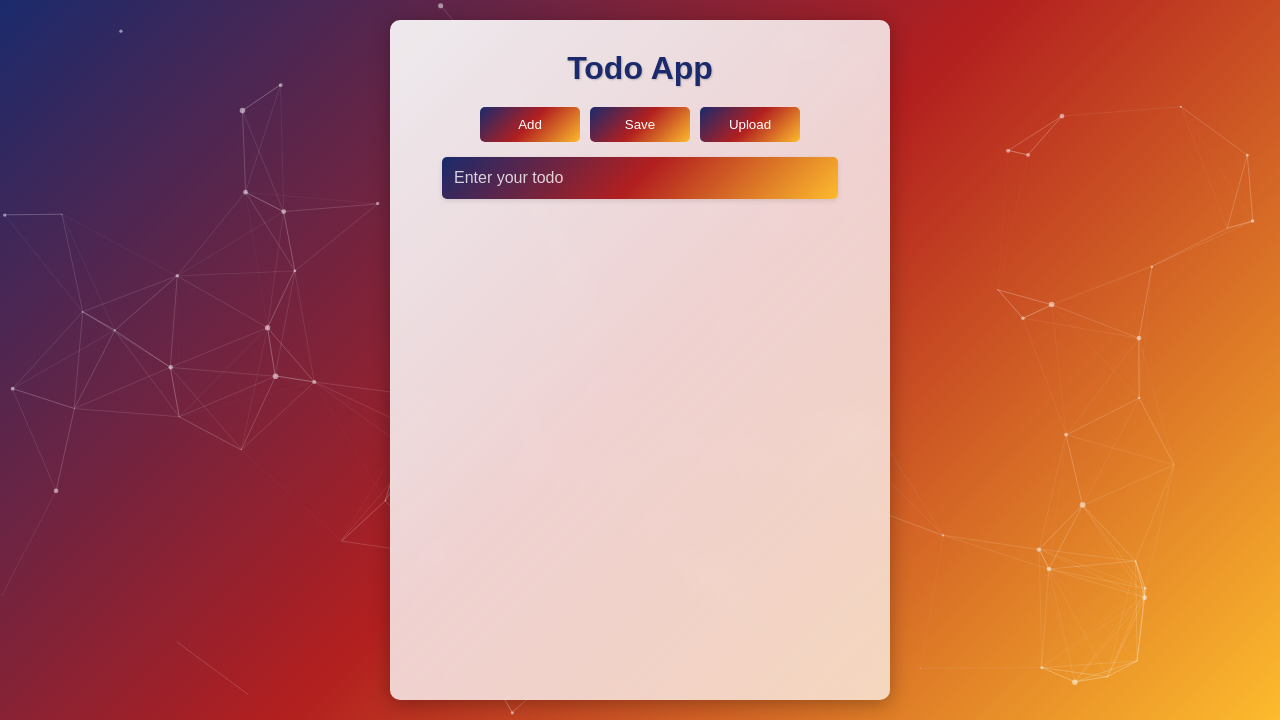
Repository: Teycir/todo-app
Page: index.html
These files come from the project's save history. The page is drawn as it stood at one moment and after the next save; the edit follows.
The browser window is 1280 px wide. The pictures show the whole page.

Above is the page before, as saved 2024-11-07 19:05:12.

### index.html
<!DOCTYPE html>
<html lang="en">
<head>
    <meta charset="UTF-8">
    <meta name="viewport" content="width=device-width, initial-scale=1.0">
    <title>Todo App</title>
    <link rel="stylesheet" href="style.css">
</head>
<body>
    <div id="particles-js"></div>
    <div class="container">
        <h1>Todo App</h1>
        <div class="input-section">
            <div class="button-group">
                <button id="addTodo">Add</button>
                <button id="saveTodo">Save</button>
                <button id="uploadTodo">Upload</button>
                <input type="file" id="fileInput" accept=".txt" style="display: none;">
            </div>
            <input type="text" id="todoInput" placeholder="Enter your todo">
        </div>
        <ul id="todoList"></ul>
    </div>
    <script src="https://cdn.jsdelivr.net/particles.js/2.0.0/particles.min.js"></script>
    <script src="script.js"></script>
</body>
</html>

### style.css
* {
    margin: 0;
    padding: 0;
    box-sizing: border-box;
    font-family: Arial, sans-serif;
}

body {
    background: linear-gradient(135deg, #1a2a6c, #b21f1f, #fdbb2d);
    min-height: 100vh;
    display: flex;
    justify-content: center;
    padding: 20px;
    position: relative;
}

#particles-js {
    position: fixed;
    top: 0;
    left: 0;
    width: 100%;
    height: 100%;
    z-index: 1;
    pointer-events: none;
}

.container {
    background: linear-gradient(135deg,
        rgba(255, 255, 255, 0.9),
        rgba(255, 255, 255, 0.8) 50%,
        rgba(255, 255, 255, 0.7)
    );
    padding: 30px;
    border-radius: 10px;
    box-shadow: 0 4px 20px rgba(0, 0, 0, 0.3);
    backdrop-filter: blur(10px);
    width: 100%;
    max-width: 500px;
    position: relative;
    z-index: 2;
}

h1 {
    color: #1a2a6c;
    text-align: center;
    margin-bottom: 20px;
    text-shadow: 1px 1px 2px rgba(0, 0, 0, 0.2);
}

.input-section {
    display: flex;
    flex-direction: column;
    gap: 15px;
    margin-bottom: 20px;
    align-items: center;
}

.button-group {
    display: flex;
    justify-content: center;
    gap: 10px;
    flex-wrap: wrap;
}

#todoInput {
    width: 90%;
    padding: 12px;
    border: none;
    border-radius: 5px;
    font-size: 16px;
    background: linear-gradient(135deg, #1a2a6c, #b21f1f, #fdbb2d);
    box-shadow: 0 2px 5px rgba(0, 0, 0, 0.1);
    transition: all 0.3s ease;
    color: white;
}

#todoInput::placeholder {
    color: rgba(255, 255, 255, 0.8);
}

#todoInput:focus {
    outline: none;
    box-shadow: 0 4px 8px rgba(0, 0, 0, 0.2);
}

#addTodo, #saveTodo, #uploadTodo {
    padding: 10px 20px;
    color: white;
    border: none;
    border-radius: 5px;
    cursor: pointer;
    transition: transform 0.2s, box-shadow 0.2s;
    background: linear-gradient(135deg, #1a2a6c, #b21f1f, #fdbb2d);
    width: 100px;
    text-align: center;
}

#todoList {
    list-style: none;
}

.todo-item {
    display: flex;
    align-items: center;
    padding: 10px;
    background: linear-gradient(135deg, #1a2a6c, #b21f1f, #fdbb2d);
    margin-bottom: 8px;
    border-radius: 5px;
    transition: all 0.3s;
    box-shadow: 0 2px 5px rgba(0, 0, 0, 0.1);
    color: white;
}

.todo-item:hover {
    transform: translateX(5px);
    box-shadow: 0 4px 8px rgba(0, 0, 0, 0.2);
}

.todo-item.completed {
    opacity: 0.7;
    text-decoration: line-through;
}

.todo-item input[type="checkbox"] {
    margin-right: 10px;
    cursor: pointer;
}

.todo-text {
    flex: 1;
    color: white;
}

.delete-btn {
    padding: 5px 10px;
    background: linear-gradient(135deg, #1a2a6c, #b21f1f, #fdbb2d);
    color: white;
    border: none;
    border-radius: 3px;
    cursor: pointer;
    transition: transform 0.2s, box-shadow 0.2s;
}

/* Common button hover styles */
#addTodo:hover, #saveTodo:hover, #uploadTodo:hover, .delete-btn:hover {
    box-shadow: 0 4px 8px rgba(0, 0, 0, 0.3);
    filter: brightness(1.1);
}

/* Button active state */
#addTodo:active, #saveTodo:active, #uploadTodo:active, .delete-btn:active {
    transform: scale(0.95);
    box-shadow: 0 2px 4px rgba(0, 0, 0, 0.3);
}

### script.js
// Todo app functionality
const todoInput = document.getElementById('todoInput');
const addTodoBtn = document.getElementById('addTodo');
const saveTodoBtn = document.getElementById('saveTodo');
const uploadTodoBtn = document.getElementById('uploadTodo');
const fileInput = document.getElementById('fileInput');
const todoList = document.getElementById('todoList');

let todos = [];

function saveTodos() {
    // Create content string from todos
    const content = todos.map(todo => todo.text).join('\n');

    // Create blob and download link
    const blob = new Blob([content], { type: 'text/plain' });
    const url = URL.createObjectURL(blob);
    const a = document.createElement('a');
    a.href = url;
    a.download = 'todos.txt';
    document.body.appendChild(a);
    a.click();

    // Cleanup
    document.body.removeChild(a);
    URL.revokeObjectURL(url);

    // Visual feedback
    saveTodoBtn.textContent = 'Saved!';
    setTimeout(() => {
        saveTodoBtn.textContent = 'Save';
    }, 1000);
}

function uploadTodos() {
    fileInput.click();
}

fileInput.addEventListener('change', (e) => {
    const file = e.target.files[0];
    if (file) {
        const reader = new FileReader();
        reader.onload = (e) => {
            const content = e.target.result;
            // Clear existing todos
            todos = [];
            todoList.innerHTML = '';

            // Create new todos from file content
            content.split('\n').forEach(text => {
                if (text.trim()) {
                    const todo = {
                        id: Date.now() + Math.random(),
                        text: text.trim(),
                        completed: false
                    };
                    todos.push(todo);
                    renderTodo(todo);
                }
            });

            // Reset file input
            fileInput.value = '';

            // Visual feedback
            uploadTodoBtn.textContent = 'Loaded!';
            setTimeout(() => {
                uploadTodoBtn.textContent = 'Upload';
            }, 1000);
        };
        reader.readAsText(file);
    }
});

function addTodo() {
    const todoText = todoInput.value.trim();
    if (todoText) {
        const todo = {
            id: Date.now(),
            text: todoText,
            completed: false
        };
        todos.push(todo);
        renderTodo(todo);
        todoInput.value = '';
    }
}

function renderTodo(todo) {
    const li = document.createElement('li');
    li.className = 'todo-item';
    li.dataset.id = todo.id;
    li.innerHTML = `
        <input type="checkbox" ${todo.completed ? 'checked' : ''}>
        <span class="todo-text">${todo.text}</span>
        <button class="delete-btn">Delete</button>
    `;

    const checkbox = li.querySelector('input');
    checkbox.addEventListener('change', () => toggleTodo(todo.id));

    const deleteBtn = li.querySelector('.delete-btn');
    deleteBtn.addEventListener('click', () => deleteTodo(todo.id));

    todoList.appendChild(li);
}

function toggleTodo(id) {
    const todo = todos.find(t => t.id === id);
    if (todo) {
        todo.completed = !todo.completed;
        const todoItem = todoList.querySelector(`[data-id="${id}"]`);
        if (todoItem) {
            todoItem.classList.toggle('completed');
        }
    }
}

function deleteTodo(id) {
    todos = todos.filter(t => t.id !== id);
    const todoItem = todoList.querySelector(`[data-id="${id}"]`);
    if (todoItem) {
        todoItem.remove();
    }
}

// Event Listeners
addTodoBtn.addEventListener('click', addTodo);
saveTodoBtn.addEventListener('click', saveTodos);
uploadTodoBtn.addEventListener('click', uploadTodos);

todoInput.addEventListener('keypress', (e) => {
    if (e.key === 'Enter') {
        addTodo();
    }
});

// Particles.js configuration
particlesJS('particles-js', {
    particles: {
        number: {
            value: 80,
            density: {
                enable: true,
                value_area: 800
            }
        },
        color: {
            value: '#ffffff'
        },
        shape: {
            type: 'circle'
        },
        opacity: {
            value: 0.5,
            random: false,
            anim: {
                enable: false
            }
        },
        size: {
            value: 3,
            random: true,
            anim: {
                enable: false
            }
        },
        line_linked: {
            enable: true,
            distance: 150,
            color: '#ffffff',
            opacity: 0.4,
            width: 1
        },
        move: {
            enable: true,
            speed: 2,
            direction: 'none',
            random: false,
            straight: false,
            out_mode: 'out',
            bounce: false,
            attract: {
                enable: true,
                rotateX: 600,
                rotateY: 1200
            }
        }
    },
    interactivity: {
        detect_on: 'canvas',
        events: {
            onhover: {
                enable: true,
                mode: 'grab'
            },
            onclick: {
                enable: true,
                mode: 'push'
            },
            resize: true
        },
        modes: {
            grab: {
                distance: 140,
                line_linked: {
                    opacity: 1
                }
            },
            push: {
                particles_nb: 4
            }
        }
    },
    retina_detect: true
});

// Track mouse position for particle effect
document.addEventListener('mousemove', (e) => {
    window.pJSDom[0].pJS.interactivity.mouse.pos_x = e.clientX;
    window.pJSDom[0].pJS.interactivity.mouse.pos_y = e.clientY;
});

### title-animation.js
class Particle {
    constructor(effect, x, y, color){
        this.effect = effect;
        this.x = x;
        this.y = Math.random() * this.effect.canvasHeight + this.effect.canvasHeight;
        this.color = color;
        this.originX = x;
        this.originY = y;
        this.size = 5;
        this.dy = 0;
        this.vx = 0;
        this.vy = 0;
        this.force = 0;
        this.angle = 0;
        this.distance = 0;
        this.friction = 0.9;
        this.ease = 0.2;
    }
    draw(){
        this.effect.context.save();
        this.effect.context.fillStyle = this.color;
        this.effect.context.strokeStyle = this.color;
        this.effect.context.fillRect(this.x, this.y, this.size, this.size);
        this.effect.context.restore();
    }
    update(){
        this.dx = this.effect.mouse.x - this.x;
        this.dy = this.effect.mouse.y - this.y;
        this.distance = this.dx * this.dx + this.dy * this.dy;
        this.force = -this.effect.mouse.radius / this.distance;

        if (this.distance < this.effect.mouse.radius){
            this.angle = Math.atan2(this.dy, this.dx);
            this.vx += this.force * Math.cos(this.angle);
            this.vy += this.force * Math.sin(this.angle);
        }

        this.x += (this.vx *= this.friction) + (this.originX - this.x) * this.ease;
        this.y += (this.vy *= this.friction) + (this.originY - this.y) * this.ease;
    }
}

class Effect {
    constructor(context, canvasWidth, canvasHeight){
        this.context = context;
        this.canvasWidth = canvasWidth;
        this.canvasHeight = canvasHeight;
        this.textX = this.canvasWidth / 2;
        this.textY = this.canvasHeight / 2;
        this.fontSize = 100;
        this.lineHeight = this.fontSize * 0.9;
        this.maxTextWidth = this.canvasWidth * 0.7;
        this.verticalOffset = 0;

        // particle text
        this.particles = [];
        this.gap = 3;
        this.mouse = {
            radius: 20000,
            x: 0,
            y: 0
        }
        window.addEventListener('mousemove', (e) => {
            const rect = canvas.getBoundingClientRect();
            this.mouse.x = e.x - rect.left;
            this.mouse.y = e.y - rect.top;
        });
        this.gradient;
    }
    wrapText(text){
        this.gradient = this.context.createLinearGradient(0, 0, this.canvasWidth, 0);
        this.gradient.addColorStop('0.2', 'red');
        this.gradient.addColorStop('0.3', '#ff8000');
        this.gradient.addColorStop('0.4', '#ffff00');
        this.gradient.addColorStop('0.5', '#007940');
        this.gradient.addColorStop('0.7', '#4040ff');
        this.gradient.addColorStop('0.9', '#a000c0');
        // canvas settings
        this.context.fillStyle = this.gradient;
        this.context.textAlign = 'center';
        this.context.textBaseline = 'middle';
        this.context.lineWidth = 1;
        this.context.strokeStyle = this.gradient;
        this.context.font = this.fontSize + 'px Bangers';

        // draw text
        this.context.fillText(text, this.textX, this.textY);
        this.convertToParticles();
    }
    convertToParticles(){
        this.particles = [];
        const pixels = this.context.getImageData(0, 0, this.canvasWidth, this.canvasHeight).data;
        this.context.clearRect(0, 0, this.canvasWidth, this.canvasHeight);
        for (let y = 0; y < this.canvasHeight; y += this.gap){
            for (let x = 0; x < this.canvasWidth; x+= this.gap){
                const index = (y * this.canvasWidth + x) * 4;
                const alpha = pixels[index + 3];
                if (alpha > 0){
                    const red = pixels[index];
                    const green = pixels[index + 1];
                    const blue = pixels[index + 2];
                    const color = 'rgb(' + red + ',' + green + ',' + blue + ')';
                    this.particles.push(new Particle(this, x, y, color));
                }
            }
        }
    }
    constellations(){
        for(let a = 0; a < this.particles.length; a++){
            for (let b = a; b < this.particles.length; b++){
                const dx = this.particles[a].x - this.particles[b].x;
                const dy = this.particles[a].y - this.particles[b].y;
                const distance = Math.hypot(dy, dx);
                const connectDistance = this.gap * 2.5;
                if (distance < connectDistance){
                    const opacity = 1 - (distance/connectDistance);
                    const position = this.particles[a].size / 2;
                    this.context.beginPath();
                    this.context.moveTo(this.particles[a].x + position, this.particles[a].y + position);
                    this.context.lineTo(this.particles[b].x + position, this.particles[b].y + position);
                    this.context.save();
                    this.context.globalAlpha = opacity;
                    this.context.strokeStyle = this.particles[a].color;
                    this.context.stroke();
                    this.context.restore();
                }
            }
        }
    }
    render(){
        this.particles.forEach(particle => {
            particle.draw();
            particle.update();
        });
        this.constellations();
    }
    resize(width, height){
        this.canvasWidth = width;
        this.canvasHeight = height;
        this.textX = this.canvasWidth / 2;
        this.textY = this.canvasHeight / 2;
        this.maxTextWidth = this.canvasWidth * 0.8;
    }
}

// Initialize animation
function initTitleAnimation() {
    const canvas = document.getElementById('titleCanvas');
    const ctx = canvas.getContext('2d', {
        willReadFrequently: true
    });

    function resizeCanvas() {
        canvas.width = canvas.offsetWidth;
        canvas.height = canvas.offsetHeight;
    }
    resizeCanvas();

    const effect = new Effect(ctx, canvas.width, canvas.height);
    effect.wrapText('Todo App');

    function animate(){
        ctx.clearRect(0, 0, canvas.width, canvas.height);
        effect.render();
        requestAnimationFrame(animate);
    }
    animate();

    window.addEventListener('resize', function(){
        resizeCanvas();
        effect.resize(canvas.width, canvas.height);
        effect.wrapText('Todo App');
    });
}

After the next save:
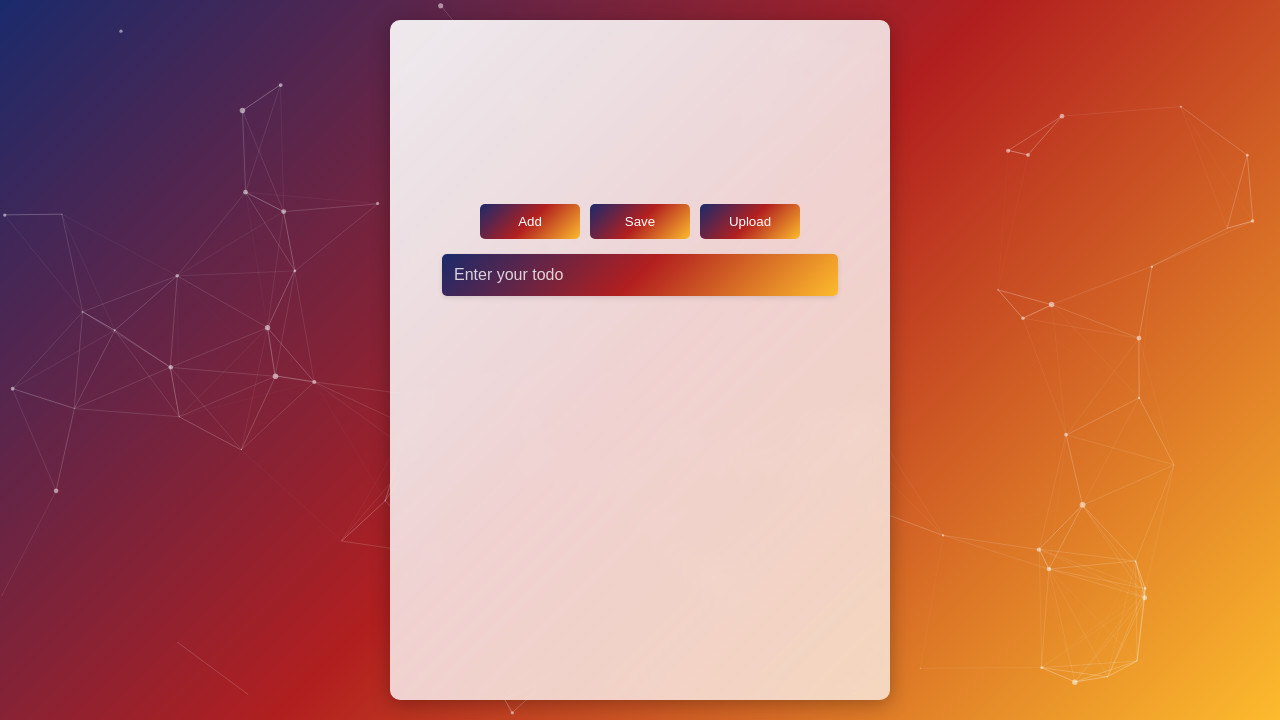
Saved 27 s later.
--- a/index.html
+++ b/index.html
@@ -4,12 +4,17 @@
     <meta charset="UTF-8">
     <meta name="viewport" content="width=device-width, initial-scale=1.0">
     <title>Todo App</title>
+    <link rel="preconnect" href="https://fonts.googleapis.com">
+    <link rel="preconnect" href="https://fonts.gstatic.com" crossorigin>
+    <link href="https://fonts.googleapis.com/css2?family=Bangers&display=swap" rel="stylesheet">
     <link rel="stylesheet" href="style.css">
 </head>
 <body>
     <div id="particles-js"></div>
     <div class="container">
-        <h1>Todo App</h1>
+        <div class="title-container">
+            <canvas id="titleCanvas"></canvas>
+        </div>
         <div class="input-section">
             <div class="button-group">
                 <button id="addTodo">Add</button>
@@ -22,6 +27,7 @@
         <ul id="todoList"></ul>
     </div>
     <script src="https://cdn.jsdelivr.net/particles.js/2.0.0/particles.min.js"></script>
+    <script src="title-animation.js"></script>
     <script src="script.js"></script>
 </body>
 </html>
